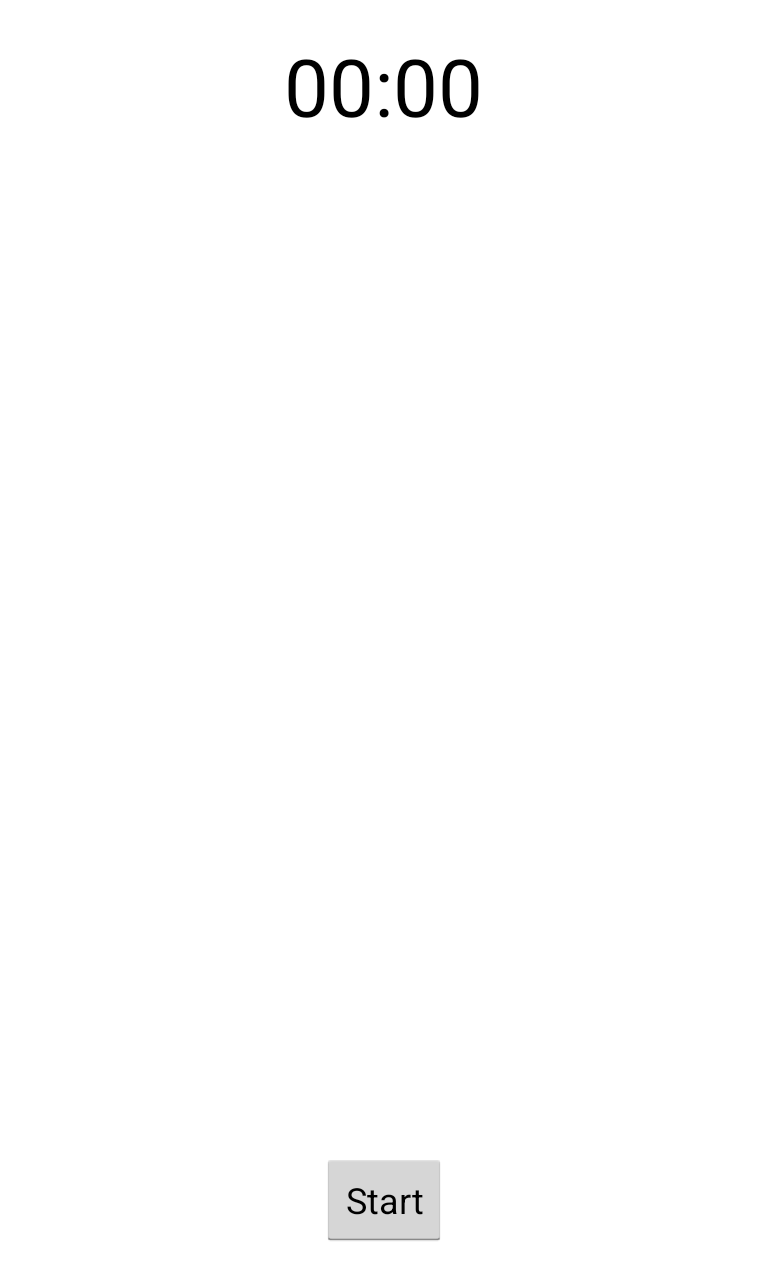
Repository: albertowusuasare/CustomStopWatch
Layout: CustomStopWatch/res/layout/activity_timer.xml
These files come from the project's save history. The layout is drawn as it stood at one moment and after the next save; the edit follows.
It is drawn on a 768 x 1280 px phone screen (xhdpi) without system bars, with theme AppTheme; the app's code is not run.

Above is the layout before, as saved 2014-09-25 02:48:04.

After the next save:
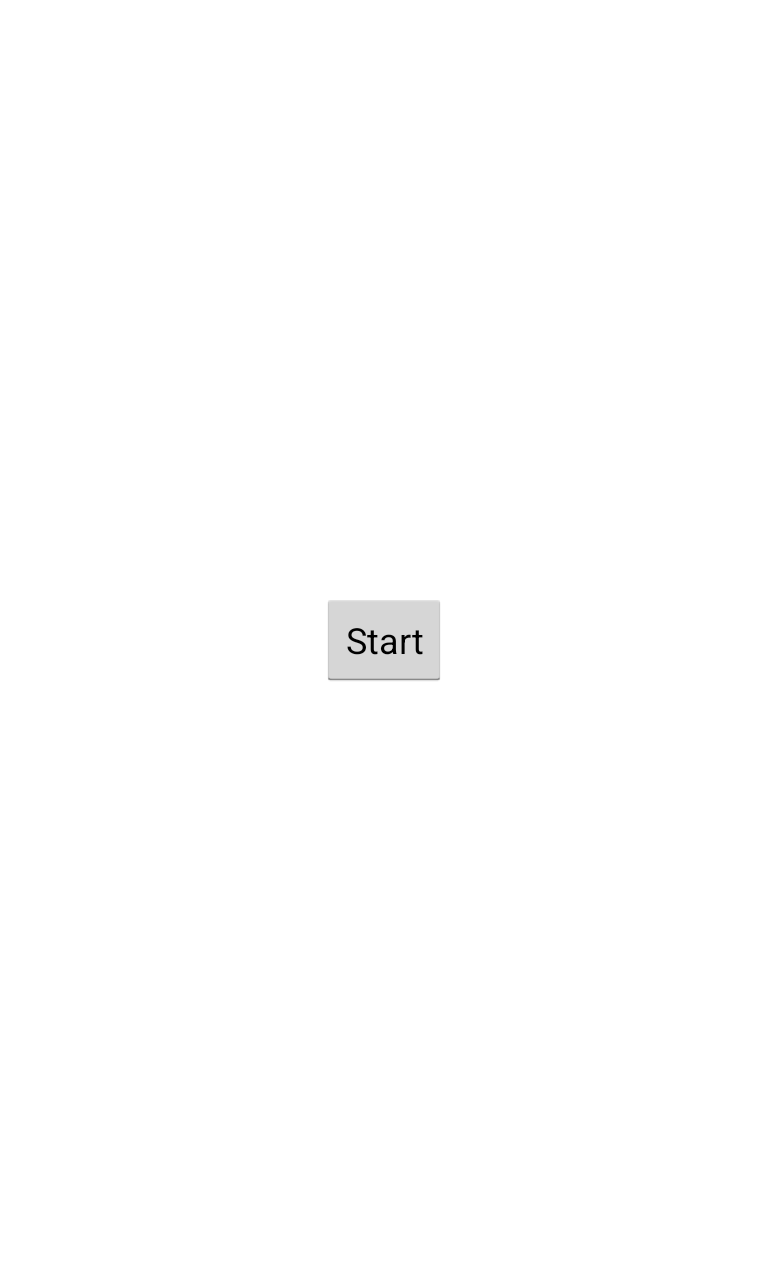
Saved 17 s later.
--- a/CustomStopWatch/res/layout/activity_timer.xml
+++ b/CustomStopWatch/res/layout/activity_timer.xml
@@ -14,7 +14,6 @@
         android:id="@+id/chronometer1"
         android:layout_width="wrap_content"
         android:layout_height="0dp"
-        android:layout_weight="0.25"
         android:format="%s"
         android:text="Chronometer"
         android:textSize="40sp" />
